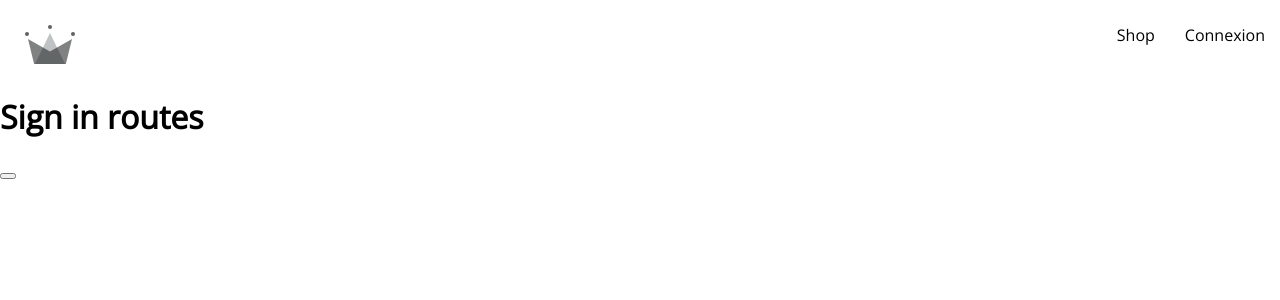
Repository: Jeeazy971/crwn-clothing
Page: /sign-in
The author's editor kept a copy of each file at every save. The page is drawn from the files as they stood at one save, then again after the next save.
The browser window is 1280 px wide. The pictures show the whole page.
The project was rebuilt for these pictures with package versions that can differ from the ones it lists, and the page was loaded fresh each time. Also part of the build but not shown: src/components/directory/directory.styles.scss, src/components/category-item/category-item.styles.scss, src/components/category-item/category-item.component.jsx, src/components/directory/directory.component.jsx, src/routes/home/home.component.jsx.

Above is the page before, as saved 2022-05-19 18:32:02.

After the next save:
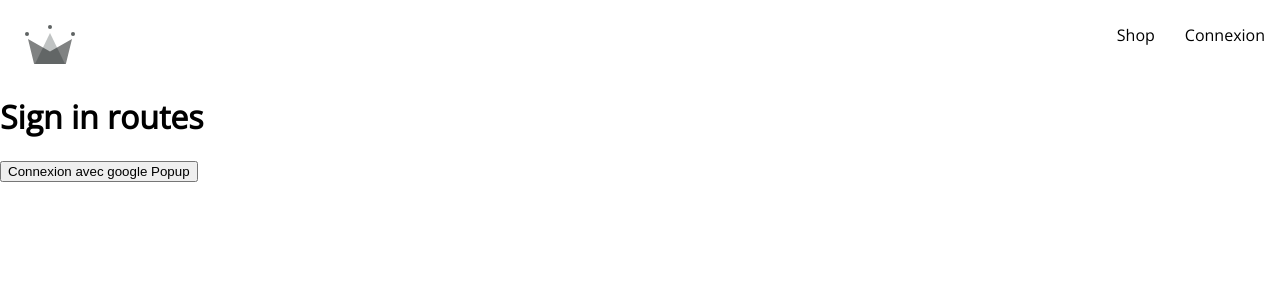
Saved 12 s later.
--- a/src/routes/sign-in/sign-in.component.jsx
+++ b/src/routes/sign-in/sign-in.component.jsx
@@ -8,9 +8,7 @@
     return (
         <div>
             <h1>Sign in routes</h1>
-            <button>
-
-            </button>
+            <button>Connexion avec google Popup</button>
         </div>
     );
 };
